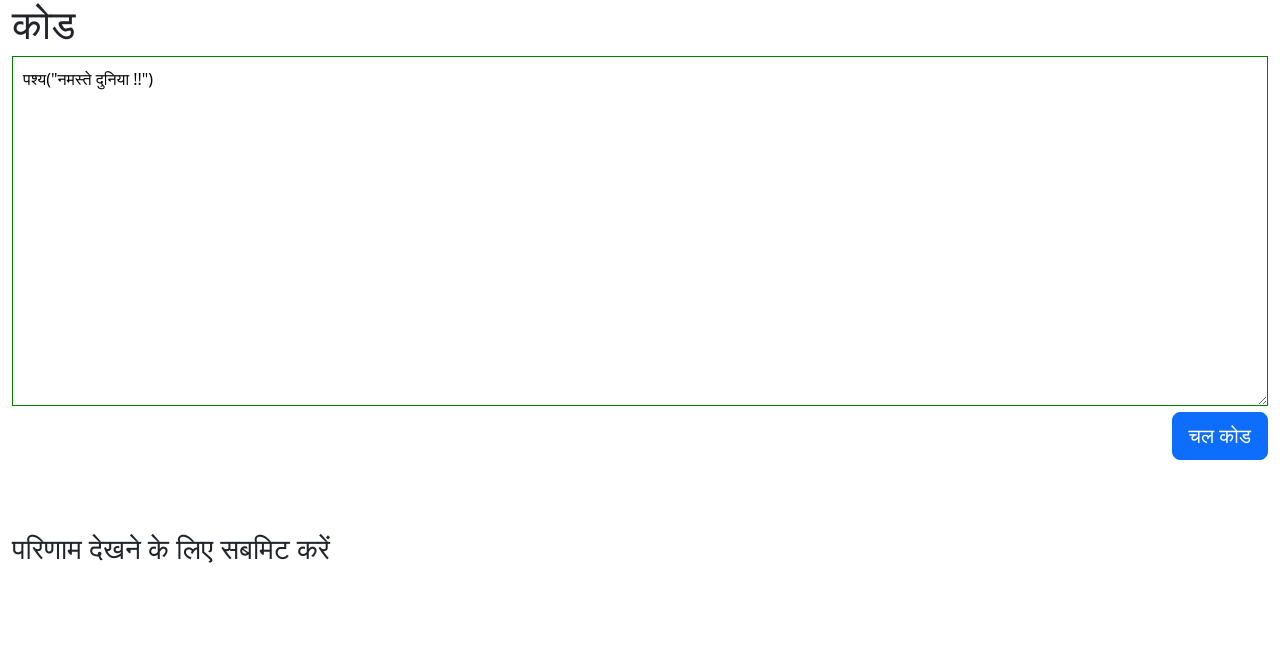
Repository: Vivek3072/webapp_shuniya_code.com
Page: /
An editor plug-in stored every save of this project. The page is shown before and after the next save, followed by the edit.
The browser window is 1280 px wide. The pictures show the whole page.
The project was rebuilt for these pictures with package versions that can differ from the ones it lists, and the page was loaded fresh each time. Also part of the build but not shown: src/components/Login.js, src/components/Singup.js. Imported but missing from the stored project, and not drawn on this page: src/axiosApi.

Above is the page before, as saved 2021-02-27 23:41:18.

After the next save:
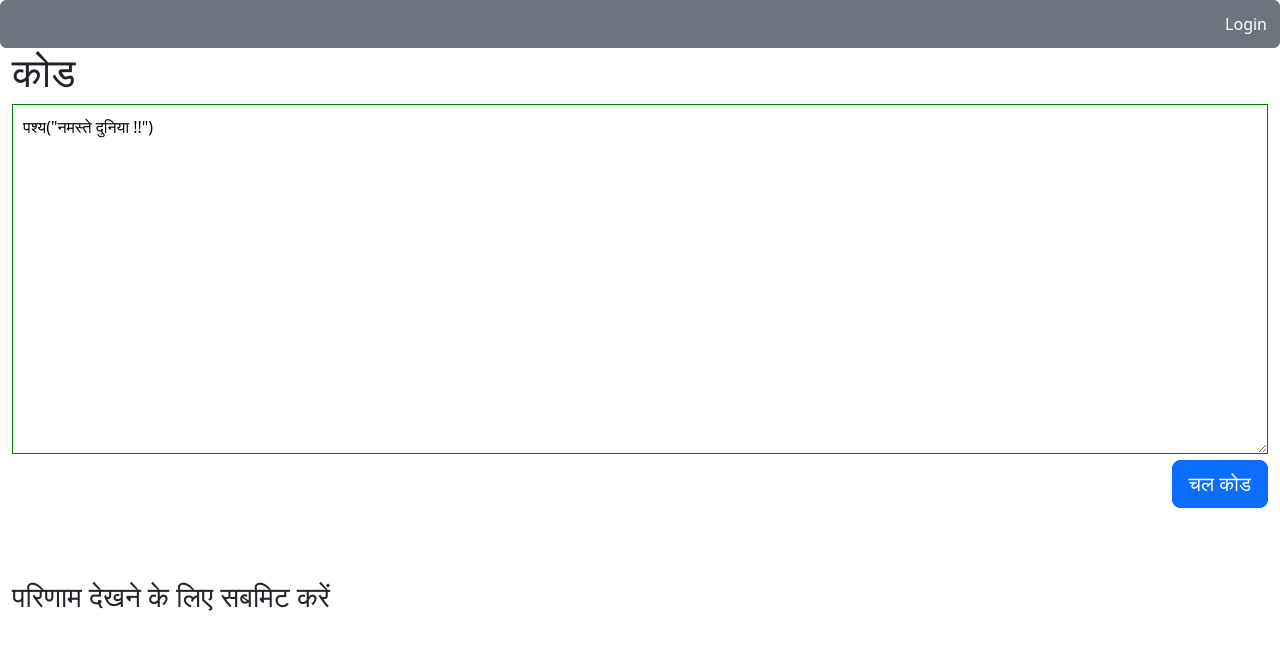
Saved 22 s later.
--- a/src/home/index.js
+++ b/src/home/index.js
@@ -47,7 +47,7 @@ export default class home extends Component {
       <div className="row">
         <br></br>
         <br></br>
-
+        <button type="button" className="btn btn-secondary userLogin" onClick={this.login}>Login</button>
             <div className="col-sm-12 col-md-12 col-lg-12">
               <h1>कोड</h1>
               <textarea id="texteditor" className="editorArea">
